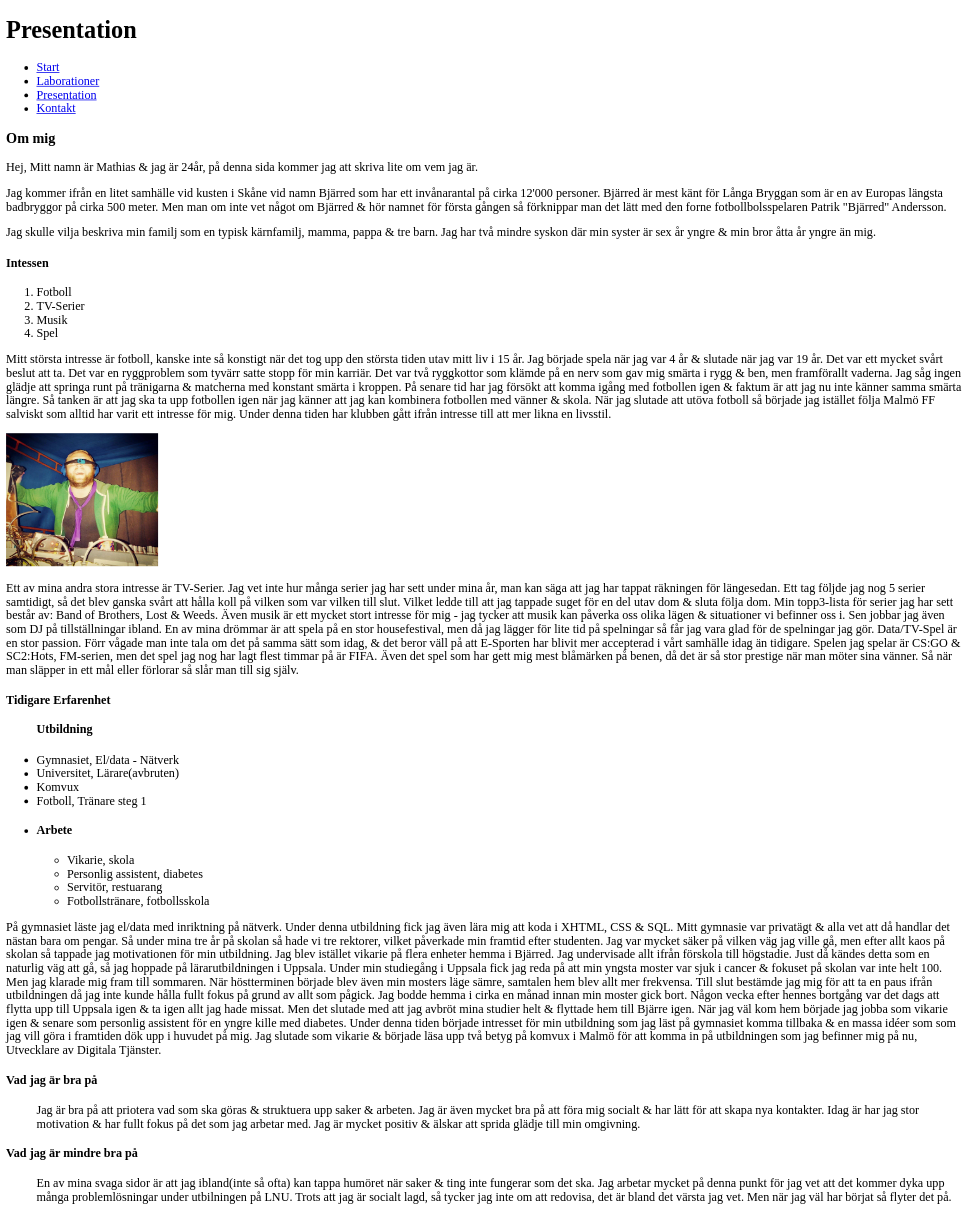
Repository: ms223uh/1ik415-laborationer
Page: www/pages/presentation.html
The author's editor kept a record of every edit. The page is drawn from the files as they stood at one moment, then again after the next edit.
The browser window is 1280 px wide. The pictures show the whole page, at 76% of full size.

Above is the page before.

### www/pages/presentation.html
<!DOCTYPE html>

<html  lang="sv">

<head>
        <meta http-equiv="content-type" content="text/html; charset=utf-8" />
        <title>Mathias Sundin</title>
        </meta>
    </head>
    <body>
    <!--Presentation-->
        <h1>Presentation</h1>

         <ul>
            <li><a href="../index.html">Start</a></li>
            <li><a href="laborationer.html">Laborationer</a></li>
            <li><a href="presentation.html">Presentation</a></li>
            <li><a href="kontakt.html">Kontakt</a></li>

        </ul>


        <!--Presentation-->
            <h3>Om mig</h3>
                <p>Hej,

            Mitt namn är Mathias & jag är 24år, på denna sida kommer jag att skriva lite om vem jag är. </p>

            <p>Jag kommer ifrån en litet samhälle vid kusten i Skåne vid namn Bjärred som har ett invånarantal på cirka 12'000 personer.
            Bjärred är mest känt för Långa Bryggan som är en av Europas längsta badbryggor på cirka 500 meter. Men man om inte vet något
            om Bjärred & hör namnet för första gången så förknippar man det lätt med den forne fotbollbolsspelaren Patrik "Bjärred" Andersson.</p>
            <p>Jag skulle vilja beskriva min familj som en typisk kärnfamilj, mamma, pappa & tre barn. Jag har två mindre syskon där min
            syster är sex år yngre & min bror åtta år yngre än mig.</p>

            <h4>Intessen</h4>
            <ol>
                <li>Fotboll</li>

                <li>TV-Serier</li>
                <li>Musik</li>
                <li>Spel</li>
            </ol>

            <p>
                Mitt största intresse är fotboll, kanske inte så konstigt när det tog upp den största tiden utav mitt liv i 15 år. Jag började spela
                när jag var 4 år & slutade när jag var 19 år. Det var ett mycket svårt beslut att ta. Det var en ryggproblem som tyvärr satte stopp för min
                karriär. Det var två ryggkottor som klämde på en nerv som gav mig smärta i rygg & ben, men framförallt vaderna. Jag såg ingen glädje att springa
                runt på tränigarna & matcherna med konstant smärta i kroppen. På senare tid har jag försökt att komma igång med fotbollen igen & faktum är att jag
                nu inte känner samma smärta längre. Så tanken är att jag ska ta upp fotbollen igen när jag känner att jag kan kombinera fotbollen med vänner & skola.
                När jag slutade att utöva fotboll så började jag istället följa Malmö FF salviskt som alltid har varit ett intresse för mig. Under denna tiden har
                klubben gått ifrån intresse till att mer likna en livsstil.
            </p>

            <a name="pic1"><img src="../pics/me1.jpeg" width="200" height="175"></a>
            <p>
                Ett av mina andra stora intresse är TV-Serier. Jag vet inte hur många serier jag har sett under mina år, man kan säga att jag har tappat räkningen för längesedan.
                Ett tag följde jag nog 5 serier samtidigt, så det blev ganska svårt att hålla koll på vilken som var vilken till slut. Vilket ledde till att jag tappade suget för
                en del utav dom & sluta följa dom. Min topp3-lista för serier jag har sett består av: Band of Brothers, Lost & Weeds.
                Även musik är ett mycket stort intresse för mig - jag tycker att musik kan påverka oss olika lägen & situationer vi befinner oss i. Sen jobbar jag även som DJ
                på tillställningar ibland. En av mina drömmar är att spela på en stor housefestival, men då jag lägger för lite tid på spelningar så får jag vara glad för de
                spelningar jag gör.
                Data/TV-Spel är en stor passion. Förr vågade man inte tala om det på samma sätt som idag, & det beror väll på att E-Sporten har blivit mer accepterad i vårt
                samhälle idag än tidigare. Spelen jag spelar är CS:GO & SC2:Hots, FM-serien, men det spel jag nog har lagt flest timmar på är FIFA. Även det spel som har gett mig
                mest blåmärken på benen, då det är så stor prestige när man möter sina vänner. Så när man släpper in ett mål eller förlorar så slår man till sig själv.

            </p>

            <h4>Tidigare Erfarenhet</h4>

            <ul>
                <h4>Utbildning</h4>
                <li>Gymnasiet, El/data - Nätverk</li>
                <li>Universitet, Lärare(avbruten)</li>
                <li>Komvux</li>
                <li>Fotboll, Tränare steg 1</li>
            </ul>
            <ul>
                <li><h4>Arbete</h4>
                    <ul>
                        <li>Vikarie, skola</li>
                        <li>Personlig assistent, diabetes</li>
                        <li>Servitör, restuarang</li>
                        <li>Fotbollstränare, fotbollsskola</li>
                    </ul>
                </li>
            </ul>


                   <p>
                       På gymnasiet läste jag el/data med inriktning på nätverk. Under denna utbildning fick jag även lära mig att koda i XHTML, CSS & SQL.
                       Mitt gymnasie var privatägt & alla vet att då handlar det nästan bara om pengar. Så under mina tre år på skolan så hade vi tre rektorer,
                       vilket påverkade min framtid efter studenten. Jag var mycket säker på vilken väg jag ville gå, men efter allt kaos på skolan så tappade
                       jag motivationen för min utbildning. Jag blev istället vikarie på flera enheter hemma i Bjärred. Jag undervisade allt ifrån förskola till högstadie.
                       Just då kändes detta som en naturlig väg att gå, så jag hoppade på lärarutbildningen i Uppsala. Under min studiegång i Uppsala fick jag reda på att min yngsta moster
                       var sjuk i cancer & fokuset på skolan var inte helt 100. Men jag klarade mig fram till sommaren. När höstterminen började blev även min mosters läge sämre, samtalen
                       hem blev allt mer frekvensa. Till slut bestämde jag mig för att ta en paus ifrån utbildningen då jag inte kunde hålla fullt fokus på grund av allt som pågick.
                       Jag bodde hemma i cirka en månad innan min moster gick bort. Någon vecka efter hennes bortgång var det dags att flytta upp till Uppsala igen & ta igen allt jag hade
                       missat. Men det slutade med att jag avbröt mina studier helt & flyttade hem till Bjärre igen. När jag väl kom hem började jag jobba som vikarie igen & senare som
                       personlig assistent för en yngre kille med diabetes. Under denna tiden började intresset för min utbildning som jag läst på gymnasiet komma tillbaka & en massa idéer som
                       som jag vill göra i framtiden dök upp i huvudet på mig. Jag slutade som vikarie & började läsa upp två betyg på komvux i Malmö för att komma in på utbildningen som jag befinner mig på nu,
                       Utvecklare av Digitala Tjänster.
                   </p>

                  <dl>
                      <h4><dt>Vad jag är bra på</dt></h4>
                      <dd>
                          Jag är bra på att priotera vad som ska göras & struktuera upp saker & arbeten. Jag är även mycket bra på att föra mig socialt & har lätt för att skapa nya kontakter.
                          Idag är har jag stor motivation & har fullt fokus på det som jag arbetar med. Jag är mycket positiv & älskar att sprida glädje till min omgivning.
                      </dd>
                      <h4><dt>Vad jag är mindre bra på</dt></h4>
                      <dd>
                          En av mina svaga sidor är att jag ibland(inte så ofta) kan tappa humöret när saker & ting inte fungerar som det ska. Jag arbetar mycket på denna punkt för jag vet
                          att det kommer dyka upp många problemlösningar under utbilningen på LNU. Trots att jag är socialt lagd, så tycker jag inte om att redovisa, det är bland det värsta jag vet.
                          Men när jag väl har börjat så flyter det på.
                      </dd>
                  </dl>



























    </body>
</html>

After the next edit:
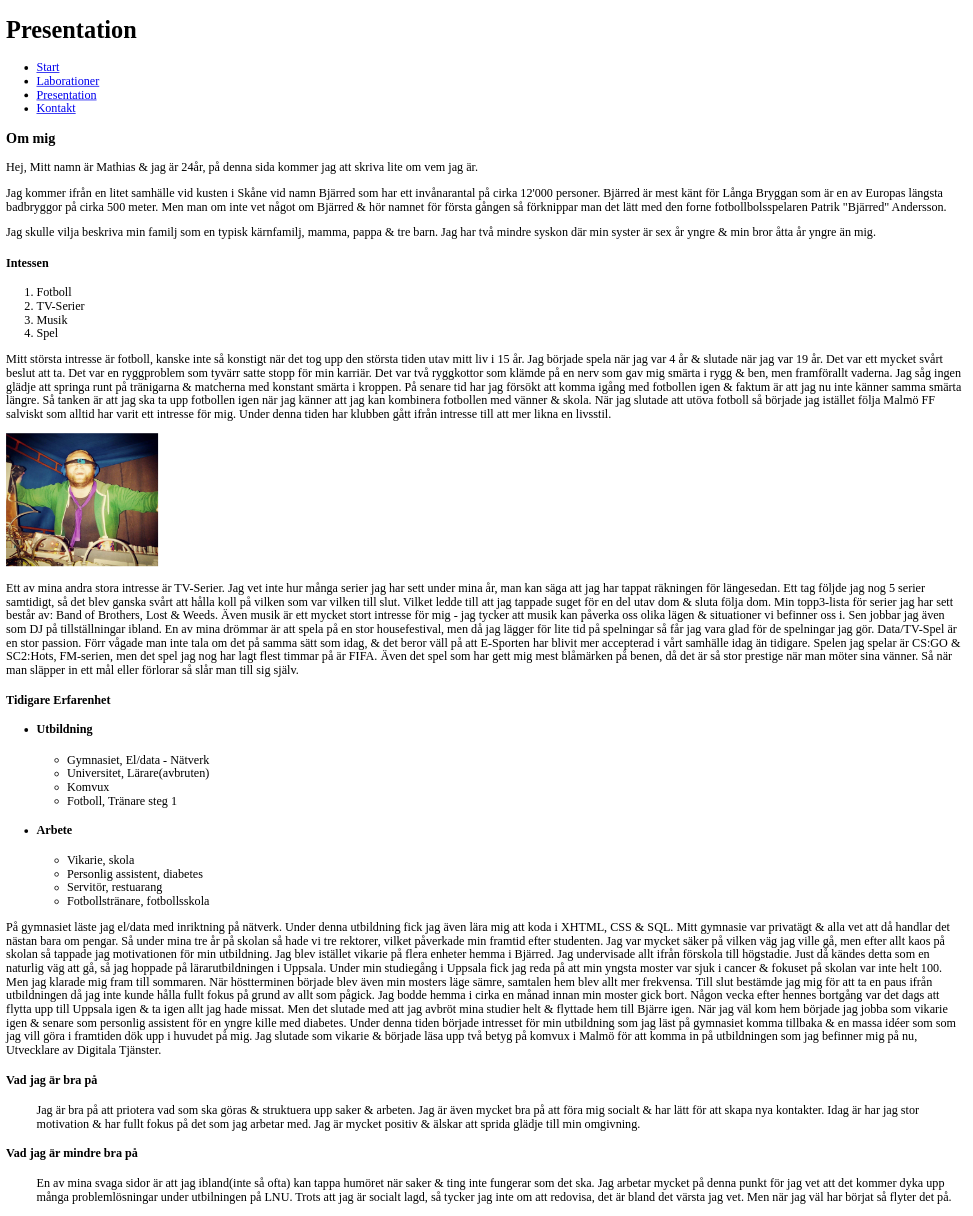
The edit:
--- a/www/pages/presentation.html
+++ b/www/pages/presentation.html
@@ -68,12 +68,16 @@
             <h4>Tidigare Erfarenhet</h4>
 
             <ul>
-                <h4>Utbildning</h4>
-                <li>Gymnasiet, El/data - Nätverk</li>
-                <li>Universitet, Lärare(avbruten)</li>
-                <li>Komvux</li>
-                <li>Fotboll, Tränare steg 1</li>
+                <li><h4>Utbildning</h4>
+                    <ul>
+                        <li>Gymnasiet, El/data - Nätverk</li>
+                        <li>Universitet, Lärare(avbruten)</li>
+                        <li>Komvux</li>
+                        <li>Fotboll, Tränare steg 1</li>
+                    </ul>
+                </li>
             </ul>
+
             <ul>
                 <li><h4>Arbete</h4>
                     <ul>
